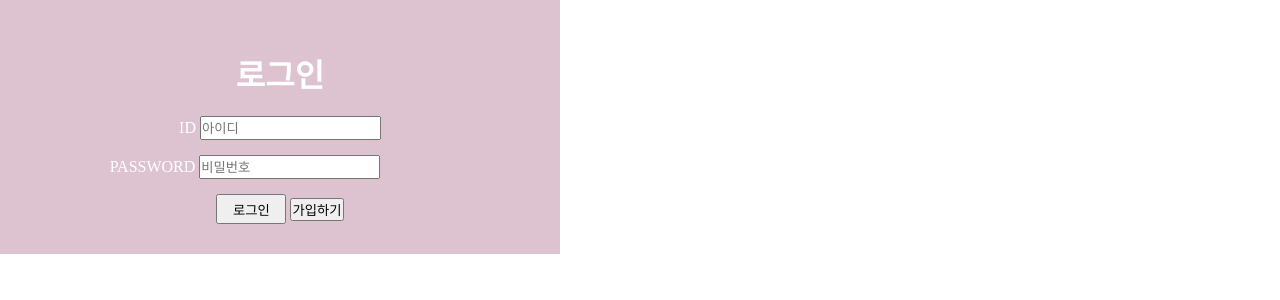
Repository: kayoyo/jsp
Page: http://localhost/BoardWeb_4/login
The author's editor kept a copy of each file at every save. The page is drawn from the files as they stood at one save, then again after the next save.
The browser window is 1280 px wide. The pictures show the whole page.
The page is served by Tomcat 9.

Above is the page before, as saved 2020-08-27 04:20:48.

After the next save:
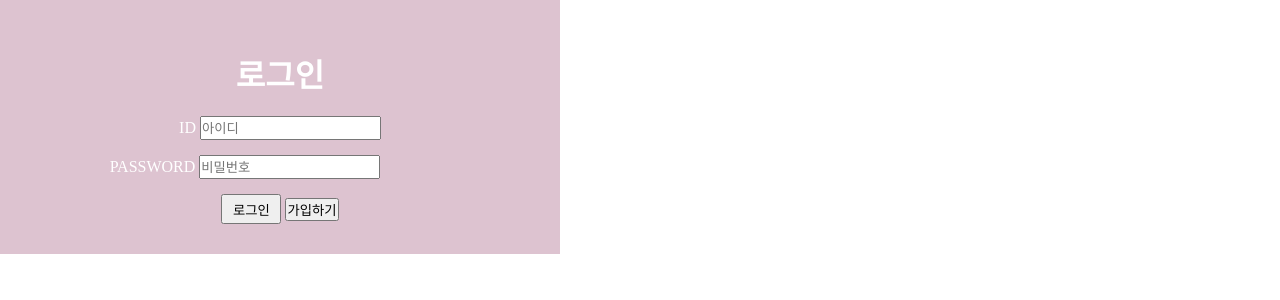
Saved 11 s later.
--- a/BoardWeb_4/WebContent/WEB-INF/jsp/user/login.jsp
+++ b/BoardWeb_4/WebContent/WEB-INF/jsp/user/login.jsp
@@ -13,7 +13,7 @@
  .pw {margin-right: 70px;}
  .pw, .id {color: white; margin-bottom: 15px;}
  input {height : 20px;}
- #login {width: 70px; height: 30px;}
+ #login {width: 60px; height: 30px;}
 
 
 </style>
